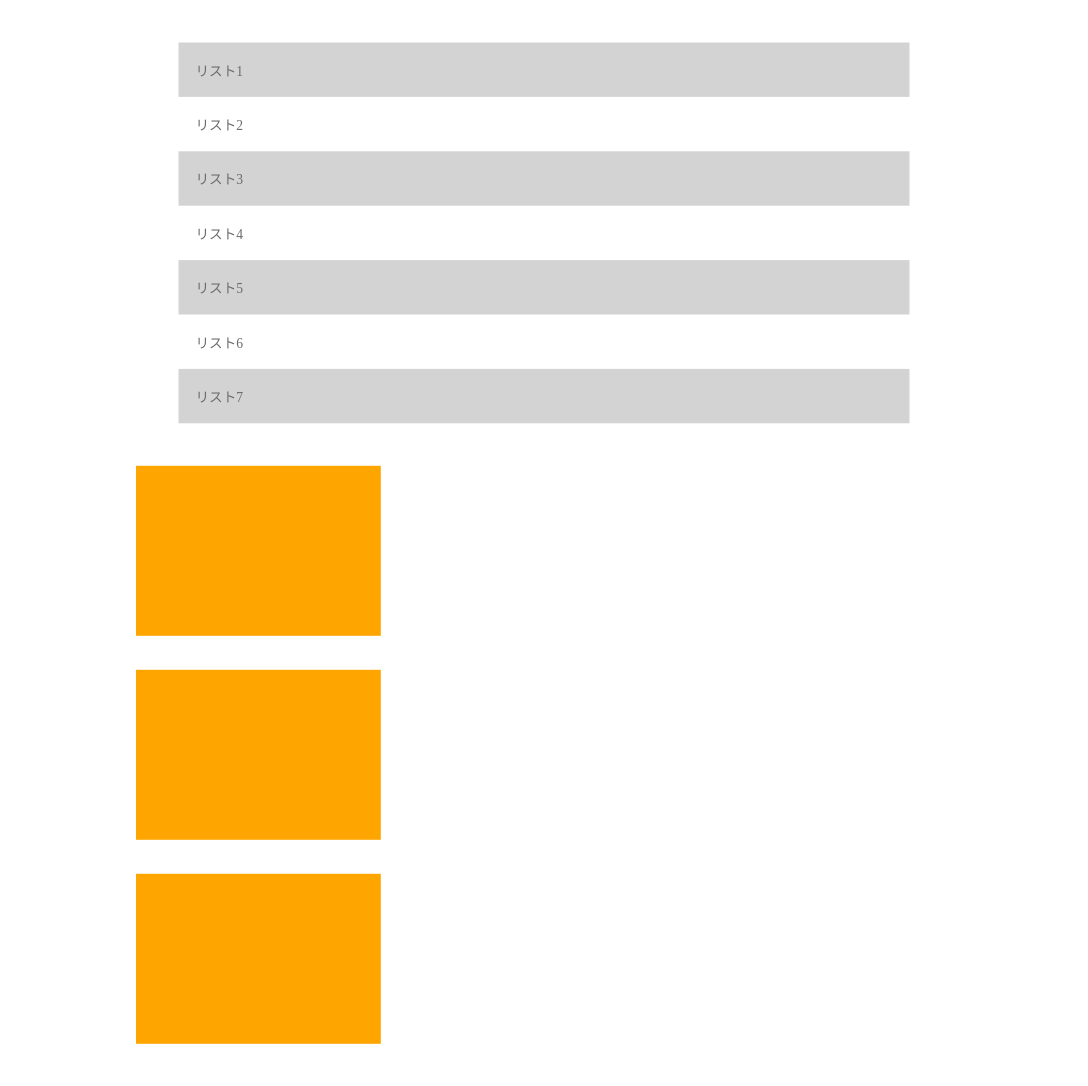
Repository: momopomi/htmlcss
Page: exercise/1-8.html
The author's editor kept a record of every edit. The page is drawn from the files as they stood at one moment, then again after the next edit.
The browser window is 1280 px wide. The pictures show the whole page, at 85% of full size.

Above is the page before.

After the next edit:
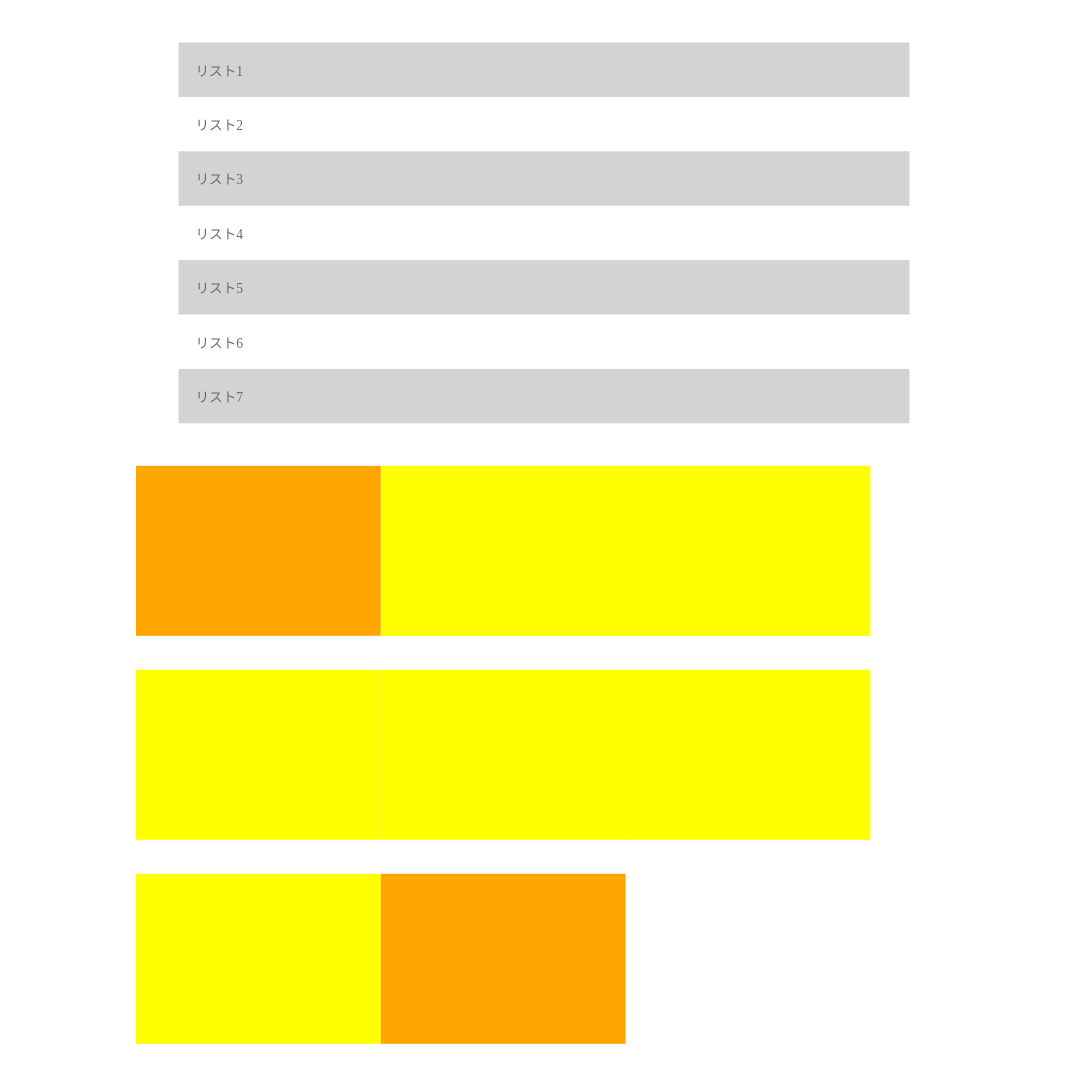
The edit:
--- a/exercise/1-8.css
+++ b/exercise/1-8.css
@@ -50,7 +50,7 @@
   background-color: orange;
 }
 
-.boxyellow{
+.box2, .box3, .box4, .box5, .box6, .box7{
   width: 30%;
   height: 200px;
   background-color: yellow;
